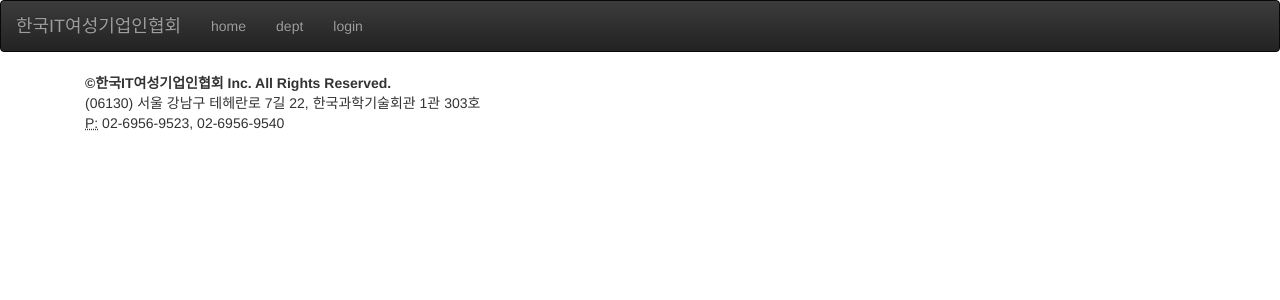
Repository: minho00123/sw-professional-training
Page: http://localhost/sts06/WEB-INF/views/dept/list.jsp
The author's editor kept a copy of each file at every save. The page is drawn from the files as they stood at one save, then again after the next save.
The browser window is 1280 px wide. The pictures show the whole page.
The page is served by Tomcat 9. Nobody is signed in. Other server files are loaded and not shown. The template is opened directly, without the code that normally fills it, so the values that code supplies are empty.

Above is the page before, as saved 2025-05-20 06:59:55.
Console error (its wording comes from the project's code and is left out).

### stsWorkspace/sts06/src/main/webapp/WEB-INF/views/dept/list.jsp
<%@ page language="java" contentType="text/html; charset=UTF-8"
	pageEncoding="UTF-8"%>
<!DOCTYPE html>
<html>
<head>
<meta charset="UTF-8">
<title>Insert title here</title>
<%@ include file="../layout/header.jspf"%>
</head>
<body>
	<%@ include file="../layout/menu.jspf"%>
	<%@ include file="../layout/footer.jspf"%>
</body>
</html>

### stsWorkspace/sts06/src/main/webapp/WEB-INF/views/layout/header.jspf
<%@ page language="java" contentType="text/html; charset=UTF-8"
    pageEncoding="UTF-8"%>
<%@ taglib prefix="c" uri="http://java.sun.com/jsp/jstl/core"%>
<!-- Latest compiled and minified CSS -->
<link rel="stylesheet"
	href="https://cdn.jsdelivr.net/npm/bootstrap@3.4.1/dist/css/bootstrap.min.css"
	integrity="sha384-HSMxcRTRxnN+Bdg0JdbxYKrThecOKuH5zCYotlSAcp1+c8xmyTe9GYg1l9a69psu"
	crossorigin="anonymous">

<!-- Optional theme -->
<link rel="stylesheet"
	href="https://cdn.jsdelivr.net/npm/bootstrap@3.4.1/dist/css/bootstrap-theme.min.css"
	integrity="sha384-6pzBo3FDv/PJ8r2KRkGHifhEocL+1X2rVCTTkUfGk7/0pbek5mMa1upzvWbrUbOZ"
	crossorigin="anonymous">

<!-- Latest compiled and minified JavaScript -->
<script
	src="https://cdn.jsdelivr.net/npm/bootstrap@3.4.1/dist/js/bootstrap.min.js"
	integrity="sha384-aJ21OjlMXNL5UyIl/XNwTMqvzeRMZH2w8c5cRVpzpU8Y5bApTppSuUkhZXN0VxHd"
	crossorigin="anonymous"></script>

<!-- jQuery (necessary for Bootstrap's JavaScript plugins) -->
<script src="https://code.jquery.com/jquery-1.12.4.min.js"
	integrity="sha384-nvAa0+6Qg9clwYCGGPpDQLVpLNn0fRaROjHqs13t4Ggj3Ez50XnGQqc/r8MhnRDZ"
	crossorigin="anonymous"></script>

### stsWorkspace/sts06/src/main/webapp/WEB-INF/views/layout/menu.jspf
<%@ page language="java" contentType="text/html; charset=UTF-8"
    pageEncoding="UTF-8"%>
<nav class="navbar navbar-inverse">
		<div class="container-fluid">
			<div class="navbar-header">
				<a class="navbar-brand" href="${pageContext.request.contextPath }/">
					한국IT여성기업인협회 </a>
			</div>
			<div class="collapse navbar-collapse"
				id="bs-example-navbar-collapse-1">
				<ul class="nav navbar-nav">
					<li><a href="${pageContext.request.contextPath }/">home</a></li>
					<li><a href="${pageContext.request.contextPath }/dept/">dept</a></li>
					<li><a href="${pageContext.request.contextPath }/login/">login</a></li>
				</ul>
			</div>
		</div>
	</nav>
	<div class="container">
		<div class="col-md-12">
			<!-- begin -->

### stsWorkspace/sts06/src/main/webapp/WEB-INF/views/layout/footer.jspf
<%@ page language="java" contentType="text/html; charset=UTF-8"
    pageEncoding="UTF-8"%>
			<!-- end -->
		</div>
		<div class="col-md-12">
			<address>
				<strong>©한국IT여성기업인협회 Inc. All Rights Reserved.</strong><br>
				(06130) 서울 강남구 테헤란로 7길 22, 한국과학기술회관 1관 303호 <br> <abbr
					title="Phone">P:</abbr> 02-6956-9523, 02-6956-9540
			</address>
		</div>
	</div>

After the next save:
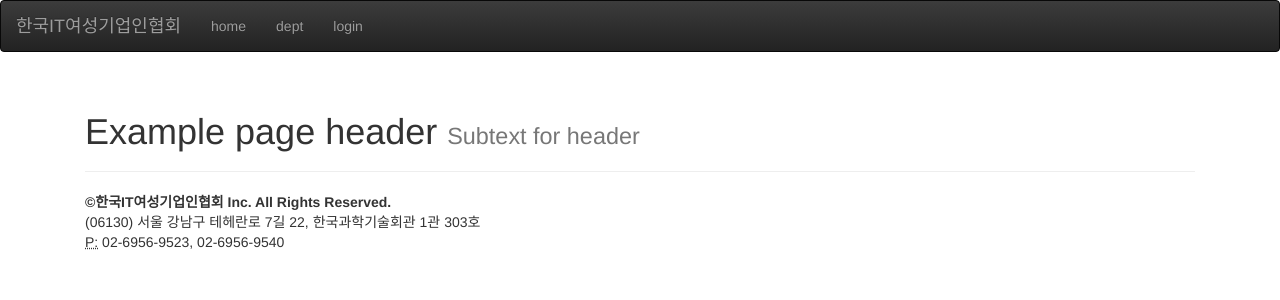
Saved 20 s later.
--- a/stsWorkspace/sts06/src/main/webapp/WEB-INF/views/dept/list.jsp
+++ b/stsWorkspace/sts06/src/main/webapp/WEB-INF/views/dept/list.jsp
@@ -9,6 +9,11 @@
 </head>
 <body>
 	<%@ include file="../layout/menu.jspf"%>
+	<div class="page-header">
+		<h1>
+			Example page header <small>Subtext for header</small>
+		</h1>
+	</div>
 	<%@ include file="../layout/footer.jspf"%>
 </body>
 </html>
